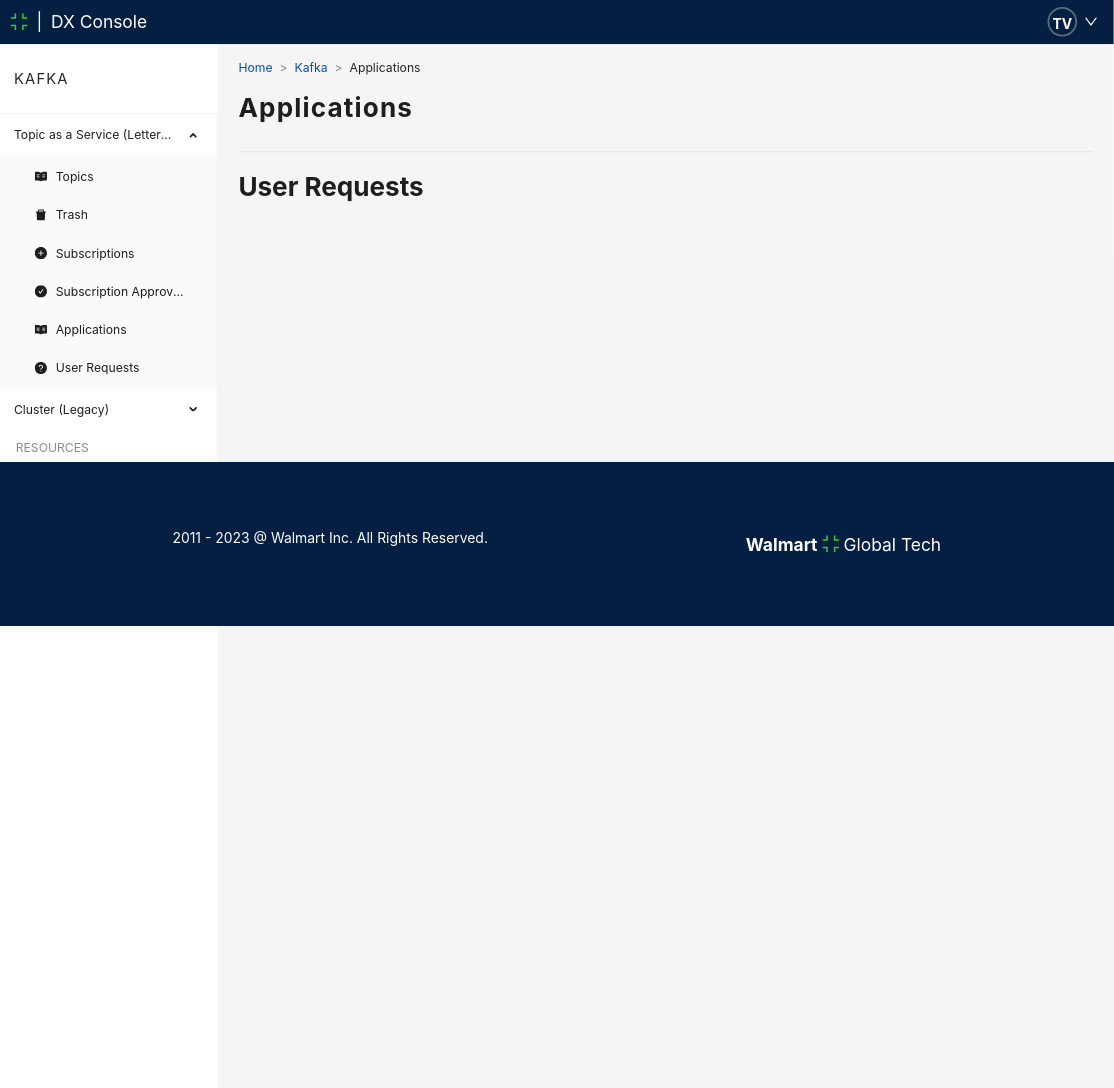
Repository: Qianying-Chai/kafka
Page: /kafka/requests
The author's editor kept a copy of each file at every save. The page is drawn from the files as they stood at one save, then again after the next save.
The browser window is 1280 px wide. The pictures show the whole page, at 87% of full size.
The project was rebuilt for these pictures with package versions that can differ from the ones it lists, and the page was loaded fresh each time. Also part of the build but not shown: src/pages/Components/ComponentsTable.jsx, src/pages/Components/ComponentsInput.jsx, src/pages/Components/ComponentsPagination.jsx, src/pages/Components/ComponentsContent.jsx, src/pages/Taas/Topics/Topics.jsx, src/pages/Taas/Trash/Style/Trash.css, src/pages/Taas/Trash/Trash.jsx, src/pages/Taas/SubscriptionApprovals/SubscriptionApprovals.jsx and 10 more.

Above is the page before, as saved 2024-01-12 22:32:28.

### src/index.js
import React from "react";
import ReactDOM from "react-dom/client";
import App from "./App";
import { BrowserRouter } from "react-router-dom";
import { Provider } from "react-redux";
import store from "../src/redux/store";
import "./style/index.css";

const root = ReactDOM.createRoot(document.getElementById("root"));
root.render(
  <Provider store={store}>
    <BrowserRouter>
      <App />
    </BrowserRouter>
  </Provider>
);

### src/App.js
import Header from "./pages/common/Header";
import Sider from "./pages/common/Sider.jsx";
import categoryConstants from "./pages/common/categoryConstants";
import Topics from "./pages/Taas/Topics/Topics";
import Trash from "./pages/Taas/Trash/Trash";
import SubscriptionApprovals from "./pages/Taas/SubscriptionApprovals/SubscriptionApprovals";
import SubscriptionsNonProxy from "./pages/Taas/Subscriptions/SubscriptionsNonProxy/SubscriptionsNonProxy";
import SubscriptionsProxy from "./pages/Taas/Subscriptions/SubscriptionsProxy/SubscriptionsProxy";
import Applications from "./pages/Taas/Applications/Applications";
import UserRequests from "./pages/Taas/UserRequests/UserRequests";
import Clusters from "./pages/Cluster/Clusters";
import MigratedClusters from "./pages/Cluster/MigratedClusters";
import Subscription from "./pages/Cluster/Subscription";
import UserRequestsLegacy from "./pages/Cluster/UserRequestsLegacy";
import Support from "./pages/Resources/Support";
import Footer from "./pages/common/Footer";
import { Routes, Route } from "react-router-dom";
import { Layout } from "antd";

function App() {
  return (
    <div className="App">
      <Layout>
        <Header />
        <Layout>
          <Sider />
          <Layout
            style={{
              padding: "0 24px 24px",
              height: "fit-content",
            }}
          >
            <Routes>
              <Route
                path={`kafka/${categoryConstants.TOPICS.toLowerCase()}`}
                element={<Topics />}
              />
              <Route
                path={`kafka/${categoryConstants.TRASH.toLowerCase()}`}
                element={<Trash />}
              />
              <Route
                path={`kafka/${categoryConstants.SUBSCRIPTIONS.toLowerCase()}_active_tab=nonProxy`}
                element={<SubscriptionsNonProxy />}
              />
              <Route
                path={`kafka/${categoryConstants.SUBSCRIPTIONS.toLowerCase()}_active_tab=proxy`}
                element={<SubscriptionsProxy />}
              />
              <Route
                path={`kafka/subscriptionRequests`}
                element={<SubscriptionApprovals />}
              />
              <Route
                path={`kafka/${categoryConstants.APPLICATIONS.toLowerCase()}`}
                element={<Applications />}
              />
              <Route path={`kafka/requests`} element={<UserRequests />} />
              <Route
                path={`kafka/${categoryConstants.CLUSTERS.toLowerCase()}`}
                element={<Clusters />}
              />
              <Route
                path={`kafka/mps-clusters-subscriptions`}
                element={<MigratedClusters />}
              />
              <Route
                path={`kafka/${categoryConstants.SUBSCRIPTION.toLowerCase()}`}
                element={<Subscription />}
              />
              <Route
                path={`kafka/legacy-requests`}
                element={<UserRequestsLegacy />}
              />
              <Route
                path={`kafka/${categoryConstants.SUPPORT.toLowerCase()}`}
                element={<Support />}
              />
            </Routes>
          </Layout>
        </Layout>
        <Footer />
      </Layout>
    </div>
  );
}

export default App;

### src/redux/store.jsx
import { configureStore } from "@reduxjs/toolkit";
import reducer from "./reducer";
const store = configureStore({ reducer: reducer });
export default store;

### src/pages/common/Header.jsx
import React from "react";
import "./Style/Header.css";
import { CompressOutlined, UpOutlined, DownOutlined } from "@ant-design/icons";
import { Layout } from "antd";
import { useState } from "react";
const Header = () => {
  const [login, setLogin] = useState(true);

  return (
    <Layout>
      <Layout.Header className="header">
        <div className="header-content-left">
          <CompressOutlined className="header-left-icon" />
          <span className="header-left-divider">|</span>
          <span className="header-left-dx-console">DX Console </span>
        </div>
        <div className="header-content-right">
          <div className="user">
            <div className="user-icon">TV</div>
            {login ? (
              <DownOutlined
                className="login-button"
                onClick={() => {
                  setLogin((state) => !state);
                }}
              />
            ) : (
              <UpOutlined
                className="logout-button"
                onClick={() => {
                  setLogin((state) => !state);
                }}
              />
            )}
          </div>
          <div
            className="logout-pop-up"
            style={{
              display: login ? "none" : "block",
            }}
          >
            LOGOUT
          </div>
        </div>
      </Layout.Header>
    </Layout>
  );
};
export default Header;

### src/pages/common/Sider.jsx
import React from "react";
import { Link } from "react-router-dom";
import "./Style/Sider.css";
import {
  ReadFilled,
  DeleteFilled,
  PlusCircleFilled,
  CheckCircleFilled,
  QuestionCircleFilled,
  HddFilled,
  SettingFilled,
} from "@ant-design/icons";
import { Layout, Menu, theme, ConfigProvider } from "antd";
import categoryConstants from "./categoryConstants";

const Sider = () => {
  const {
    token: { colorBgContainer },
  } = theme.useToken();

  const items = [
    {
      key: "Topic as a Service (Lettera)",
      label: "Topic as a Service (Lettera)",
      children: [
        {
          key: "Topics",
          label: (
            <Link to={`kafka/${categoryConstants.TOPICS.toLowerCase()}`}>
              {categoryConstants.TOPICS}
            </Link>
          ),
          icon: React.createElement(ReadFilled),
        },
        {
          key: "Trash",
          label: (
            <Link to={`kafka/${categoryConstants.TRASH.toLowerCase()}`}>
              {categoryConstants.TRASH}
            </Link>
          ),
          icon: React.createElement(DeleteFilled),
        },
        {
          key: "Subscriptions",
          label: (
            <Link
              to={`kafka/${categoryConstants.SUBSCRIPTIONS.toLowerCase()}_active_tab=nonProxy`}
            >
              {categoryConstants.SUBSCRIPTIONS}
            </Link>
          ),
          icon: React.createElement(PlusCircleFilled),
        },
        {
          key: "Subscription Approvals",
          label: (
            <Link to={`kafka/subscriptionRequests`}>
              {categoryConstants.SUBSCRIPTIONS_APPROVALS.replace("_", " ")}
            </Link>
          ),
          icon: React.createElement(CheckCircleFilled),
        },
        {
          key: "Applications",
          label: (
            <Link to={`kafka/${categoryConstants.APPLICATIONS.toLowerCase()}`}>
              {categoryConstants.APPLICATIONS}
            </Link>
          ),
          icon: React.createElement(ReadFilled),
        },
        {
          key: "User Requests",
          label: (
            <Link to={`kafka/requests`}>
              {categoryConstants.USER_REQUESTS.replace("_", " ")}
            </Link>
          ),
          icon: React.createElement(QuestionCircleFilled),
        },
      ],
    },
    {
      label: <div>Cluster (Legacy)</div>,
      key: "Cluster (Legacy)",
      children: [
        {
          key: "Clusters",
          label: (
            <Link to={`kafka/${categoryConstants.CLUSTERS.toLowerCase()}`}>
              {categoryConstants.CLUSTERS}
            </Link>
          ),
          icon: React.createElement(HddFilled),
        },
        {
          key: "Migrated Clusters",
          label: (
            <Link to={`kafka/mps-clusters-subscriptions`}>
              {categoryConstants.MIGRATED_CLUSTERS.replace("_", " ")}
            </Link>
          ),
          icon: React.createElement(HddFilled),
        },
        {
          key: "Subscription",
          label: (
            <Link to={`kafka/${categoryConstants.SUBSCRIPTION.toLowerCase()}`}>
              {categoryConstants.SUBSCRIPTION}
            </Link>
          ),
          icon: React.createElement(PlusCircleFilled),
        },
        {
          key: "User Requests (Legacy)",
          label: (
            <Link to={`kafka/legacy-requests`}>User Requests (Legacy)</Link>
          ),
          icon: React.createElement(QuestionCircleFilled),
        },
      ],
    },
    {
      label: <div>RESOURCES</div>,
      type: "group",
      key: "RESOURCES",
      children: [
        {
          key: "Supprot",
          label: (
            <Link to={`kafka/${categoryConstants.SUPPORT.toLowerCase()}`}>
              {categoryConstants.SUPPORT}
            </Link>
          ),
          icon: React.createElement(SettingFilled),
        },
      ],
    },
  ];

  return (
    <ConfigProvider
      theme={{
        components: {
          Menu: {
            itemHoverBg: "",
            itemHoverColor: "#1890ff",
            padding: 30,
          },
          Tabs: {
            inkBarColor: "rgb(4, 31, 65)",
          },
        },
      }}
    >
      <Layout.Sider
        className="sider"
        width={"250px"}
        style={{
          background: colorBgContainer,
        }}
      >
        <div className="slider-top">
          <span className="slider-top-content">KAFKA</span>
        </div>
        <div
          style={{
            marginLeft: "-12px",
          }}
        >
          <div></div>
          <Menu
            mode="inline"
            items={items}
            defaultOpenKeys={["Topic as a Service (Lettera)", "RESOURCES"]}
            style={{
              color: "#041f41",
            }}
          />
        </div>
      </Layout.Sider>
    </ConfigProvider>
  );
};
export default Sider;

### src/pages/common/categoryConstants.jsx
const categoryConstants = {
  TOPICS: "Topics",
  TRASH: "Trash",
  SUBSCRIPTIONS: "Subscriptions",
  SUBSCRIPTIONS_APPROVALS: "Subscription Approvals",
  APPLICATIONS: "Applications",
  USER_REQUESTS: "User Requests",
  CLUSTERS: "Clusters",
  MIGRATED_CLUSTERS: "Migrated Clusters",
  SUBSCRIPTION: "Subscription",
  USERE_REQUESTS_LEGACY: "User Requests Legacy",
  SUPPORT: "Support",
};

export default categoryConstants;

### src/pages/Taas/UserRequests/UserRequests.jsx
import React from "react";
import ComponentsContent from "../../Components/ComponentsContent";

import ComponentsTable from "../../Components/ComponentsTable";
import ComponentsInput from "../../Components/ComponentsInput";
import ComponentsPagination from "../../Components/ComponentsPagination";
import categoryConstants from "../../common/categoryConstants";
import ComponentsTitle from "../../Components/ComponentsTitle";
import ComponentsBreadcrumb from "../../Components/ComponentsBreadcrumb";

import { Space, Tag } from "antd";

const UserRequests = () => {
  const columns = [
    {
      title: "Id",
      dataIndex: "Id",
      key: "Id",
      width: "6%",
      render: (text) => <a>{text}</a>,
    },
    {
      title: "Name",
      dataIndex: "Name",
      key: "Name",
      width: "40%",
      render: (_, record) => (
        <Space size="middle">
          <a> SOF0001396-testgm-DEV-testgm</a>
        </Space>
      ),
    },
    {
      title: "Type",
      dataIndex: "Type",
      key: "Type",
      width: "10%",
    },
    {
      title: "Operation",
      key: "Operation",
      dataIndex: "Operation",
      width: "12%",
      render: (_, { tags }) => (
        <>
          {tags.map((tag) => {
            let color = tag.length > 5 ? "geekblue" : "green";
            if (tag === "loser") {
              color = "volcano";
            }
            return (
              <Tag color={color} key={tag}>
                {tag.toUpperCase()}
              </Tag>
            );
          })}
        </>
      ),
    },
    {
      title: "AD Group",
      key: "AD Group",
      width: "17%",
      ellipsis: true,
      render: (_, record) => (
        <Space size="middle">
          <a>Invite {record.name}</a>
        </Space>
      ),
    },
    {
      title: "Created By",
      key: "Created By",
      width: "18%",
      render: (_, record) => (
        <Space size="middle">
          <a>Invite {record.name}</a>
        </Space>
      ),
    },
    {
      title: "Created Date",
      key: "Created Date",
      width: "18%",

      render: (_, record) => (
        <Space size="middle">
          <a>Invite {record.name}</a>
        </Space>
      ),
    },
    {
      title: "Provisioning Status",
      key: "Provisioning Status",
      width: "12%",
      render: (_, record) => (
        <Space size="middle">
          <a>Invite {record.name}</a>
        </Space>
      ),
    },
  ];
  const data = [
    {
      key: "1",
      name: "John Brown",
      age: 32,
      address: "New York No. 1 Lake Park",
      tags: ["nice", "developer"],
    },
    {
      key: "2",
      name: "Jim Green",
      age: 42,
      address: "London No. 1 Lake Park",
      tags: ["loser"],
    },
    {
      key: "3",
      name: "Joe Black",
      age: 32,
      address: "Sydney No. 1 Lake Park",
      tags: ["cool", "teacher"],
    },
  ];
  return (
    <>
      <div>
        <ComponentsBreadcrumb
          items={[
            {
              title: "Home",
            },
            {
              title: "Kafka",
            },
            {
              title: "Applications",
            },
          ]}
        />
        <div className="content-banner">
          <ComponentsTitle title={categoryConstants.APPLICATIONS} />
        </div>
      </div>
      <ComponentsTitle title={categoryConstants.USER_REQUESTS}>
        <p className="content-text">User Requests</p>
        <ComponentsInput
          placeholder={
            "Search by Name, Type, Oeration, AD Group, Created Date, and Provisioning Status"
          }
        />
        <ComponentsTable columns={columns} data={data} />
        <ComponentsPagination defaultPageSize={25} total={25} />
      </ComponentsTitle>
    </>
  );
};
export default UserRequests;

### src/pages/common/Footer.jsx
import React from "react";
import { Layout } from "antd";
import { CompressOutlined } from "@ant-design/icons";
import "./Style/Footer.css";

const Footer = () => {
  return (
    <Layout.Footer className="footer">
      <div className="footer-text-left">
        2011 - 2023 @ Walmart Inc. All Rights Reserved.
      </div>
      <div className="footer-text-right">
        <span className="footer-text-right-walmart">Walmart</span>
        <CompressOutlined className="footer-icon" />
        <span className="footer-text-right-global-tech">Global Tech</span>
      </div>
    </Layout.Footer>
  );
};

export default Footer;

### src/redux/reducer.jsx
import { SET_PATH_NAME, SET_SELECTED_TAAS_SUBSCRIPTIONS } from "./constants";
const initialState = {
  pathName: "",
  selectedTaasSubscriptions: "nonProxy",
};
const reducer = (state = initialState, action) => {
  const { type, payload } = action;
  switch (type) {
    case SET_PATH_NAME:
      return { ...state, pathName: payload };
    case SET_SELECTED_TAAS_SUBSCRIPTIONS:
      return { ...state, selectedTaasSubscriptions: payload };
    default:
      return state;
  }
};

export default reducer;

### src/pages/common/Style/Header.css
.header {
  justify-content: space-between;
  padding: 0 12px;
  background-color: rgb(4, 31, 65);
  height: 51px;
  line-height: 51px;
  color: #ffffff;
}

.header,
.user {
  display: flex;
}

.header-content-left {
  font-size: 20px;
}

.header-left-icon {
  color: #32cd32;
}

.header-left-divider {
  margin: 0 10px;
}

.header-content-right {
  font-weight: bolder;
  flex-direction: column;
  font-size: 1rem;
  width: 76px;
  padding-left: 12px;
}

.user {
  margin: 8px 0px;
}
.user-icon {
  height: 34px;
  line-height: 34px;
  width: 34px;
  border-radius: 50%;
  text-align: center;
}
.user-icon,
.logout-pop-up {
  border: 2px solid rgba(225, 225, 225, 0.4);
}

.login-button,
.logout-button {
  padding-left: 8px;
}

.logout-pop-up {
  transition: all 10s ease-out;
  width: 100px;
  height: 60px;
  line-height: 60px;
  position: absolute;
  right: 0px;
  z-index: 999;
  font-size: 15px;
  letter-spacing: 1pt;
  text-align: center;
  justify-content: center;
  color: rgb(94, 91, 91);
  box-shadow: 0px 0px 4px 4px rgba(176, 174, 174, 0.4);
}

### src/pages/common/Style/Sider.css
.sider {
  min-height: 1200px;
}

.slider-top {
  height: 80px;
  border-bottom: 1px solid rgb(239, 239, 239);
}
.slider-top-content {
  height: 100%;
  display: flex;
  align-items: center;
  margin-left: 16px;
  letter-spacing: 1pt;
  font-size: 17px;
  color: #000000d9;
}

### src/pages/Components/ComponentsBreadcrumb.jsx
import React from "react";
import { Breadcrumb, ConfigProvider } from "antd";

const ComponentsBreadcrumb = (props) => {
  return (
    <ConfigProvider
      theme={{
        components: {
          Breadcrumb: {
            lastItemColor: "#000000D9",
            linkColor: "#075179",
            itemColor: "#0751A9",
            linkHoverColor: "#F5F5F5",
          },
          token: {
            colorBgTextHover: "#F5F5F5",
          },
        },
      }}
    >
      <div>
        <Breadcrumb
          style={{
            margin: "16px 0",
          }}
          separator=">"
          items={props.items}
        ></Breadcrumb>
      </div>
    </ConfigProvider>
  );
};
export default ComponentsBreadcrumb;

### src/pages/Components/ComponentsTitle.jsx
import React from "react";
import { Typography, ConfigProvider } from "antd";
const { Title } = Typography;

const ComponentsTitle = (props) => {
  return (
    <>
      <ConfigProvider
        theme={{
          components: {
            token: {
              colorText: "#041E42",
            },
          },
        }}
      >
        <Title level={2} style={{ fontWeight: "bold" }}>
          {props.title}
        </Title>
      </ConfigProvider>
    </>
  );
};

export default ComponentsTitle;

### src/pages/common/Style/Footer.css
.footer {
  text-emphasis-style: center;
  background-color: #041f41;
  color: white;
  display: flex;
  justify-content: space-around;
  height: 189px;
  align-items: center;
  width: 100%;
  position: fixed;
  bottom: 0;
}

.footer-icon {
  font-size: 20px;
  color: #32cd32;
}

.footer-text-left {
  font-size: 16px;
  margin-bottom: 16px;
}

.footer-text-right {
  font-size: 20px;
}

.footer-text-right-walmart {
  font-weight: bold;
  padding-right: 5px;
}

.footer-text-right-global-tech {
  padding-left: 5px;
}

### src/redux/constants.jsx
const SET_PATH_NAME = "SET_PATH_NAME";
const SET_SELECTED_TAAS_SUBSCRIPTIONS = "SET_SELECTED_TAAS_SUBSCRIPTIONS";
export { SET_PATH_NAME };
export { SET_SELECTED_TAAS_SUBSCRIPTIONS };

### src/pages/common/Style/Content.css
.content-banner {
  height: 70px;
  display: flex;
  justify-content: space-between;
  background-color: #f5f5f5;
  color: #041e42;
  letter-spacing: 1pt;
  border-bottom: 1px solid rgba(167, 164, 164, 0.3);
  margin-bottom: 20px;
  padding-bottom: 15px;
}

.content-banner-button {
  background-color: #041f41;
  color: #ffffff;
}

.content-text {
  margin: 24px 0 20px;
}

Loaded but not shown: public/index.html (common file); src/style/index.css (common file)

After the next save:
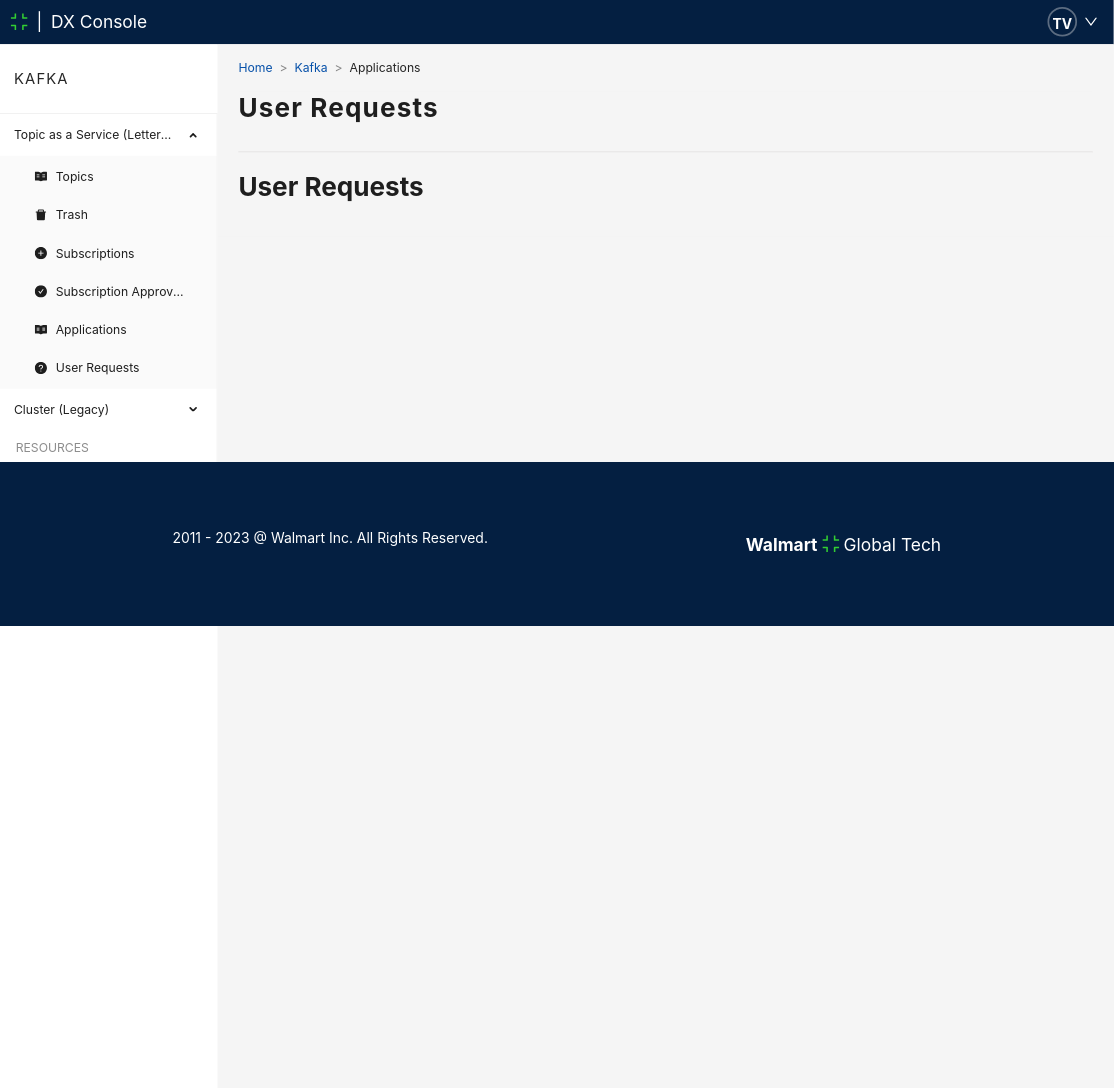
Saved 13 s later.
--- a/src/pages/Taas/UserRequests/UserRequests.jsx
+++ b/src/pages/Taas/UserRequests/UserRequests.jsx
@@ -140,7 +140,7 @@
           ]}
         />
         <div className="content-banner">
-          <ComponentsTitle title={categoryConstants.APPLICATIONS} />
+          <ComponentsTitle title={categoryConstants.USER_REQUESTS} />
         </div>
       </div>
       <ComponentsTitle title={categoryConstants.USER_REQUESTS}>
